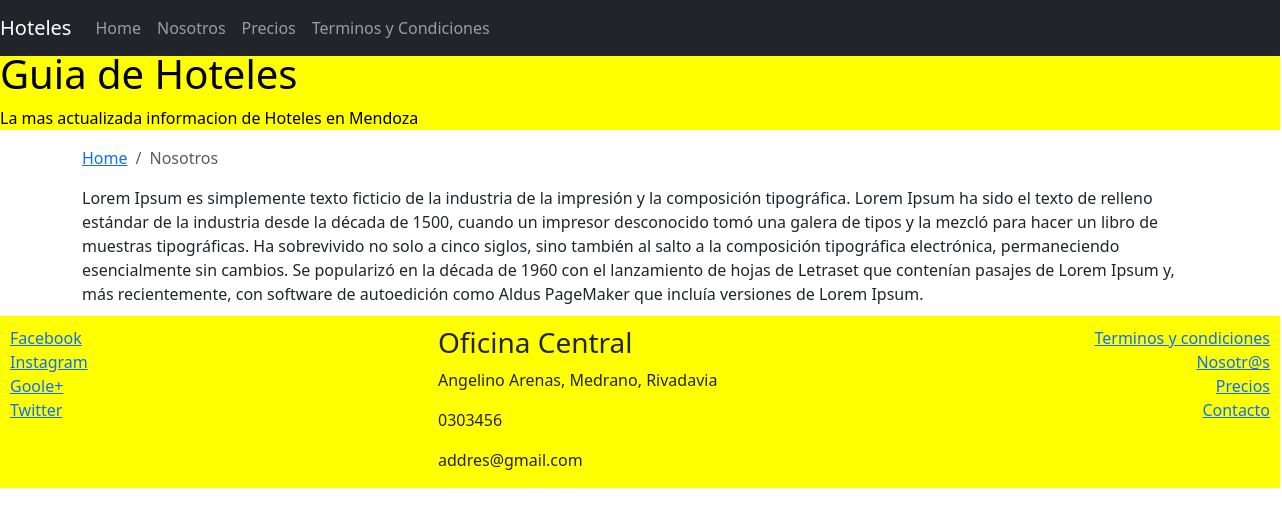
Repository: JulianMoralesSantoni/PaginaHoteles
Page: contacto.html
An editor plug-in stored every save of this project. The page is shown before and after the next save, followed by the edit.
The browser window is 1280 px wide. The page is 1282 px wide, so the pictures cover 1282 px, including what lies to the right of the window. The pictures show the whole page.
Some web libraries are served in a nearby version.

Above is the page before, as saved 2021-03-28 17:34:39.

After the next save:
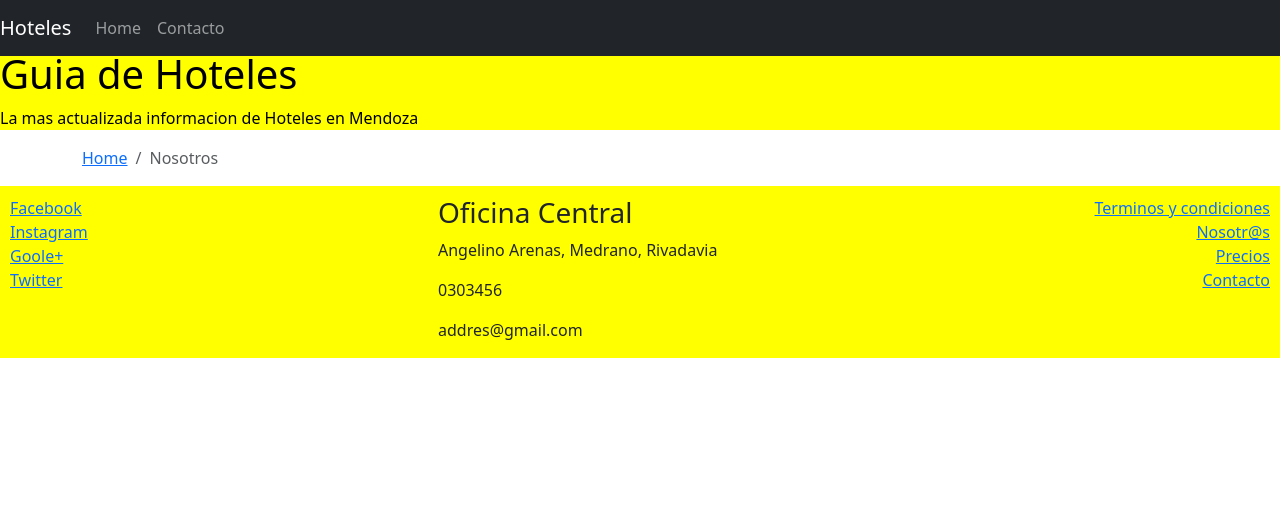
Saved 8 min 28 s later.
--- a/contacto.html
+++ b/contacto.html
@@ -23,14 +23,9 @@
             <a class="nav-link" href="./index.html">Home </a>
           </li>
           <li class="nav-item active">
-            <a class="nav-link" href="./about.html">Nosotros</a>
+            <a class="nav-link" href="./contacto.html">Contacto</a>
           </li>
-          <li class="nav-item">
-            <a class="nav-link" href="#">Precios</a>
-          </li>
-          <li class="nav-item">
-            <a class="nav-link" href="#">Terminos y Condiciones</a>
-          </li>
+
 
         </ul>
       </div>
@@ -48,19 +43,10 @@
           <li class="breadcrumb-item active" aria-current="page">Nosotros</li>
         </ol>
       </nav>
+      <form action=""></form>
 
 
-      <span>Lorem Ipsum es simplemente texto ficticio de la industria de la impresión y la composición tipográfica.
-        Lorem Ipsum ha sido el texto de relleno estándar de la industria desde la década de 1500,
-        cuando un impresor desconocido tomó una galera de tipos
-        y la mezcló para hacer un libro de muestras tipográficas.
-        Ha sobrevivido no solo a cinco siglos,
-         sino también al salto a la composición tipográfica electrónica,
-        permaneciendo esencialmente sin cambios.
-        Se popularizó en la década de 1960 con el lanzamiento de hojas
-        de Letraset que contenían pasajes de Lorem Ipsum y,
-         más recientemente, con software de autoedición como Aldus PageMaker que incluía versiones de Lorem Ipsum.
-      </span>
+
 
   </div>
 
